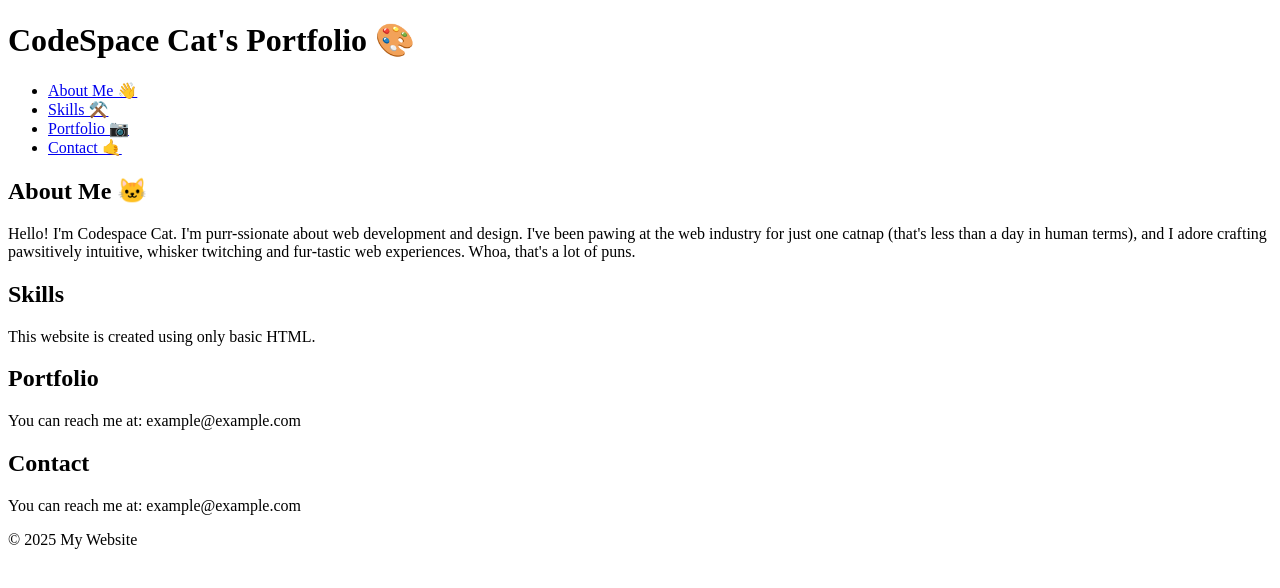
Repository: andajonas/Module_04_ANDJON25111_fto2502_A2_Anda-Jonas_SDF02
Page: index.html
An editor plug-in stored every save of this project. The page is shown before and after a run of saves, followed by the edit.
The browser window is 1280 px wide. The pictures show the whole page.

Above is the page before, as saved 2025-03-05 09:11:27.

### index.html
<!DOCTYPE html>
<html>
<head>
    <title>CodeSpace Cat's Portfolio</title>
</head>
<body>
    <header>
        <h1>CodeSpace Cat's Portfolio 🎨</h1>
    </header>
    <nav>
        <ul>
            <li><a href="#about me">About Me 👋</a></li>
            <li><a href="#skills">Skills ⚒️</a></li>
            <li><a href="#portfolio">Portfolio 📷</a></li>
            <li><a href="#contact">Contact 🤙</a></li>
        </ul>
    </nav>
    <section id="about me">
        <h2>About Me 🐱</h2>
        <p>Hello! <b></b>I'm Codespace Cat. I'm purr-ssionate about web development and design. I've been pawing at the web industry for just one catnap (that's less than a day in human terms), and I adore crafting pawsitively intuitive, whisker twitching and fur-tastic web experiences. Whoa, that's a lot of puns. </p>
    </section>
    <section id="skills">
        <h2>Skills</h2>
        <p>This website is created using only basic HTML.</p>
    </section>
    <section id="portfolio">
        <h2>Portfolio</h2>
        <p>You can reach me at: example@example.com</p>
    </section>
    <section id="contact">
        <h2>Contact</h2>
        <p>You can reach me at: example@example.com</p>
    <footer>
        <p>&copy; 2025 My Website</p>
    </footer>
</body>
</html>

After the next 2 saves:
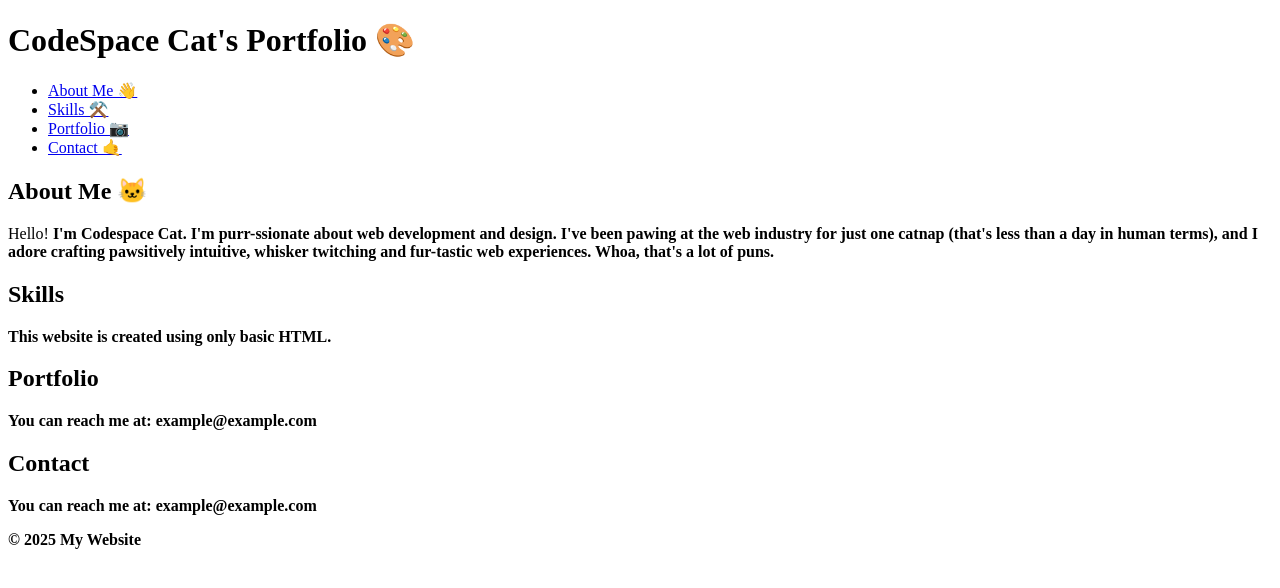
The 2 saves are shown as one change because they came seconds apart.
The last was saved 7 s later.
--- a/index.html
+++ b/index.html
@@ -17,7 +17,7 @@
     </nav>
     <section id="about me">
         <h2>About Me 🐱</h2>
-        <p>Hello! <b></b>I'm Codespace Cat. I'm purr-ssionate about web development and design. I've been pawing at the web industry for just one catnap (that's less than a day in human terms), and I adore crafting pawsitively intuitive, whisker twitching and fur-tastic web experiences. Whoa, that's a lot of puns. </p>
+        <p>Hello! <b>I'm Codespace Cat. I'm purr-ssionate about web development and design. I've been pawing at the web industry for just one catnap (that's less than a day in human terms), and I adore crafting pawsitively intuitive, whisker twitching and fur-tastic web experiences. Whoa, that's a lot of puns. </p>
     </section>
     <section id="skills">
         <h2>Skills</h2>
